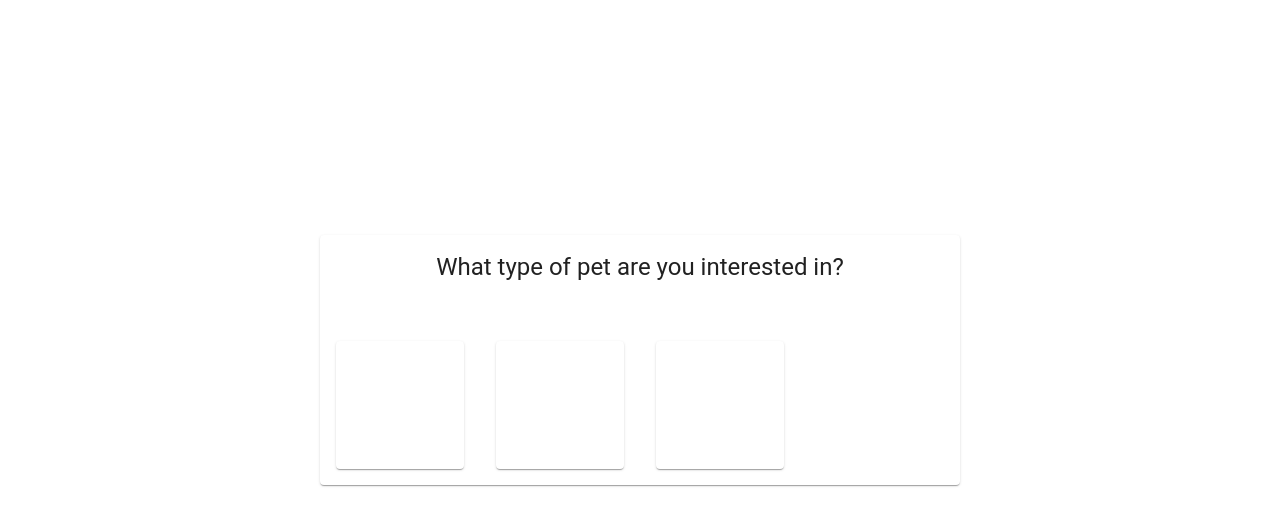
Repository: watthananick1/petstory
Page: /
The author's editor kept a copy of each file at every save. The page is drawn from the files as they stood at one save, then again after a run of saves.
The browser window is 1280 px wide. The pictures show the whole page.
The project was rebuilt for these pictures with package versions that can differ from the ones it lists, and the page was loaded fresh each time.

Above is the page before, as saved 2023-03-25 14:38:47.

### src/index.tsx
import React from 'react';
import ReactDOM from 'react-dom/client';
import './index.css';
import App from './App';
import reportWebVitals from './reportWebVitals';
import { BrowserRouter } from 'react-router-dom';

const root = ReactDOM.createRoot(document.getElementById('root') as HTMLElement);
root.render(
    <React.StrictMode>
        <BrowserRouter>
            <App />
        </BrowserRouter>
    </React.StrictMode>
);

// If you want to start measuring performance in your app, pass a function
// to log results (for example: reportWebVitals(console.log))
// or send to an analytics endpoint. Learn more: https://bit.ly/CRA-vitals
reportWebVitals();

### src/App.tsx
import logo from './assets/logo.svg';
import styles from './App.module.scss';
import { Menu } from './components/menu/menu';
import { Container } from './components/container/container';
import { Navbar } from './components/navbar/navbar';
import { Posts } from './components/posts/posts';
import Login from './components/login/login';
import SignUp from './components/sign-up/sign-up';
import CardTypePet from './components/card-type-pet/card-type-pet';
import { Route, Routes } from 'react-router';

function App() {
    return (
        // <div className={styles.App}>
        //     <Navbar />
        //     <Menu />
        //     <Container />
        //     <Posts />
        // </div>
        <div>
            <Routes>
                {/* <Route id="login" path="/" element={<Login />} />
                <Route id="signUp" path="/signUp" element={<SignUp />} /> */}
                {/* <Route path="/home" element={<Home />} /> */}
                <Route path="/" element={<CardTypePet />} />
            </Routes>
        </div>
    );
}

export default App;

### src/components/card-type-pet/card-type-pet.tsx
import * as React from 'react';
import { styled } from '@mui/material/styles';
import Box from '@mui/material/Box';
import ButtonBase from '@mui/material/ButtonBase';
import Typography from '@mui/material/Typography';
import { Card, CardContent, Paper } from '@mui/material';

const images = [
    {
        url: 'https://firebasestorage.googleapis.com/v0/b/pet-story-f51e3.appspot.com/o/mainData%2FimgTypePet%2Fcat.jpg?alt=media&token=758765ef-8887-4d21-88d9-0f803717e977',
        title: 'Cat',
        width: '30%',
    },
    {
        url: '/static/images/buttons/burgers.jpg',
        title: 'Burgers',
        width: '30%',
    },
    {
        url: '/static/images/buttons/camera.jpg',
        title: 'Camera',
        width: '30%',
    },
];

const ImageButton = styled(ButtonBase)(({ theme }) => ({
    position: 'relative',
    height: 200,
    [theme.breakpoints.down('sm')]: {
        width: '100% !important', // Overrides inline-style
        height: '2%',
    },
    '&:hover, &.Mui-focusVisible': {
        zIndex: 1,
        '& .MuiImageBackdrop-root': {
            opacity: 0.15,
        },
        '& .MuiImageMarked-root': {
            opacity: 0,
        },
        '& .MuiTypography-root': {
            border: '4px solid currentColor',
        },
    },
}));

const ImageSrc = styled('span')({
    position: 'absolute',
    left: 0,
    right: 0,
    top: 0,
    bottom: 0,
    backgroundSize: 'cover',
    backgroundPosition: 'center 40%',
});

const Image = styled('span')(({ theme }) => ({
    position: 'absolute',
    left: 0,
    right: 0,
    top: 0,
    bottom: 0,
    display: 'flex',
    alignItems: 'center',
    justifyContent: 'center',
    color: theme.palette.common.white,
}));

const ImageBackdrop = styled('span')(({ theme }) => ({
    position: 'absolute',
    left: 0,
    right: 0,
    top: 0,
    bottom: 0,
    backgroundColor: theme.palette.common.black,
    opacity: 0.4,
    transition: theme.transitions.create('opacity'),
}));

const Item = styled(Paper)(({ theme }) => ({
  ...theme.typography.body2,
  textAlign: 'center',
  color: theme.palette.text.secondary,
  height: 10,
  lineHeight: '60px',
}));

export default function CardTypePet() {
    return (
        <div style={{ display: 'flex', alignItems: 'center', height: '100vh'}}>
            <Card sx={{ minWidth: '50%', margin: '0 auto' }}>
                <CardContent>
                    <Typography gutterBottom variant="h5" style={{alignItems: 'center', textAlign: 'center', height: 50}} component="div">
                      What type of pet are you interested in?
                    </Typography >
                </CardContent>
                <Box
                  sx={{
                    display: 'flex',
                    flexWrap: 'wrap',
                    '& > :not(style)': {
                      m: 2,
                      width: 128,
                      height: 128,
                    },
                  }}
                >
                  {images.map((image) => (
                      <Item >
                        <ImageButton
                            focusRipple
                            key={image.title}
                            style={{
                                width: 'auto',
                            }}
                            onClick={() => console.log(`Clicked on ${image.title}`)}
                        >
                            <ImageSrc style={{ backgroundImage: `url(${image.url})` }} />
                            <ImageBackdrop className="MuiImageBackdrop-root" />
                            <Image>
                                <Typography
                                    component="span"
                                    variant="subtitle1"
                                    color="inherit"
                                    sx={{
                                        position: 'relative',
                                        p: 4,
                                        pt: 2,
                                        pb: (theme) => `calc(${theme.spacing(1)} + 2px)`,
                                    }}
                                >
                                    {image.title}
                                </Typography>
                            </Image>
                        </ImageButton>
                        </Item>
                    ))}
                </Box>
            </Card>
        </div>
    );
}

Loaded but not shown: public/index.html (common file); src/index.css (common file); src/reportWebVitals.ts (common file)

After the next 2 saves:
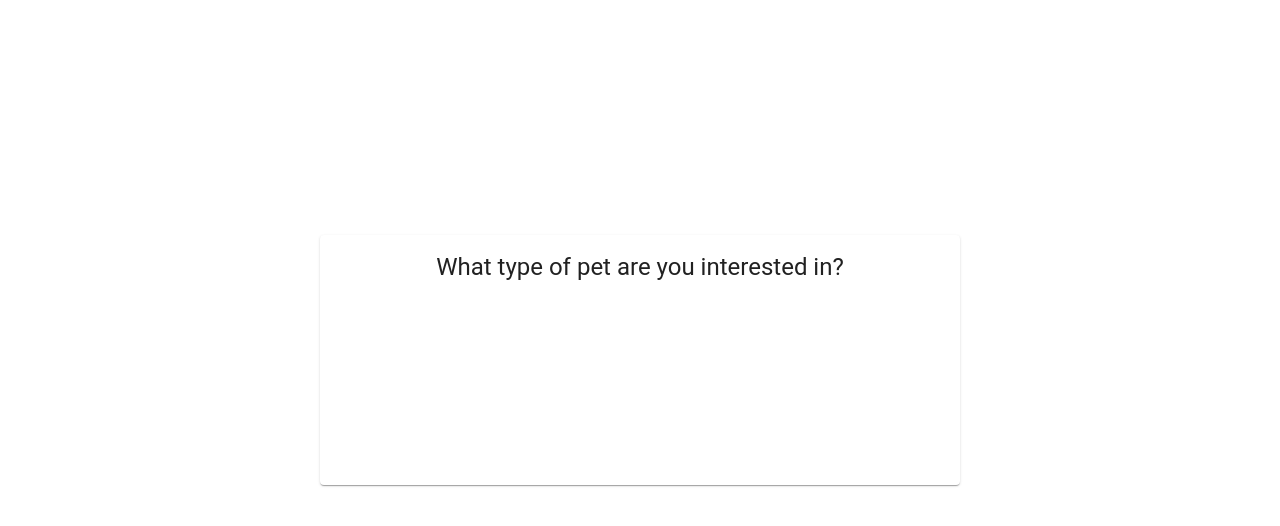
The 2 saves are shown as one change because they came seconds apart.
The last was saved 2 min 25 s later.
--- a/src/components/card-type-pet/card-type-pet.tsx
+++ b/src/components/card-type-pet/card-type-pet.tsx
@@ -106,7 +106,7 @@ export default function CardTypePet() {
                   }}
                 >
                   {images.map((image) => (
-                      <Item >
+                      <Box >
                         <ImageButton
                             focusRipple
                             key={image.title}
@@ -133,7 +133,7 @@ export default function CardTypePet() {
                                 </Typography>
                             </Image>
                         </ImageButton>
-                        </Item>
+                        </Box>
                     ))}
                 </Box>
             </Card>
